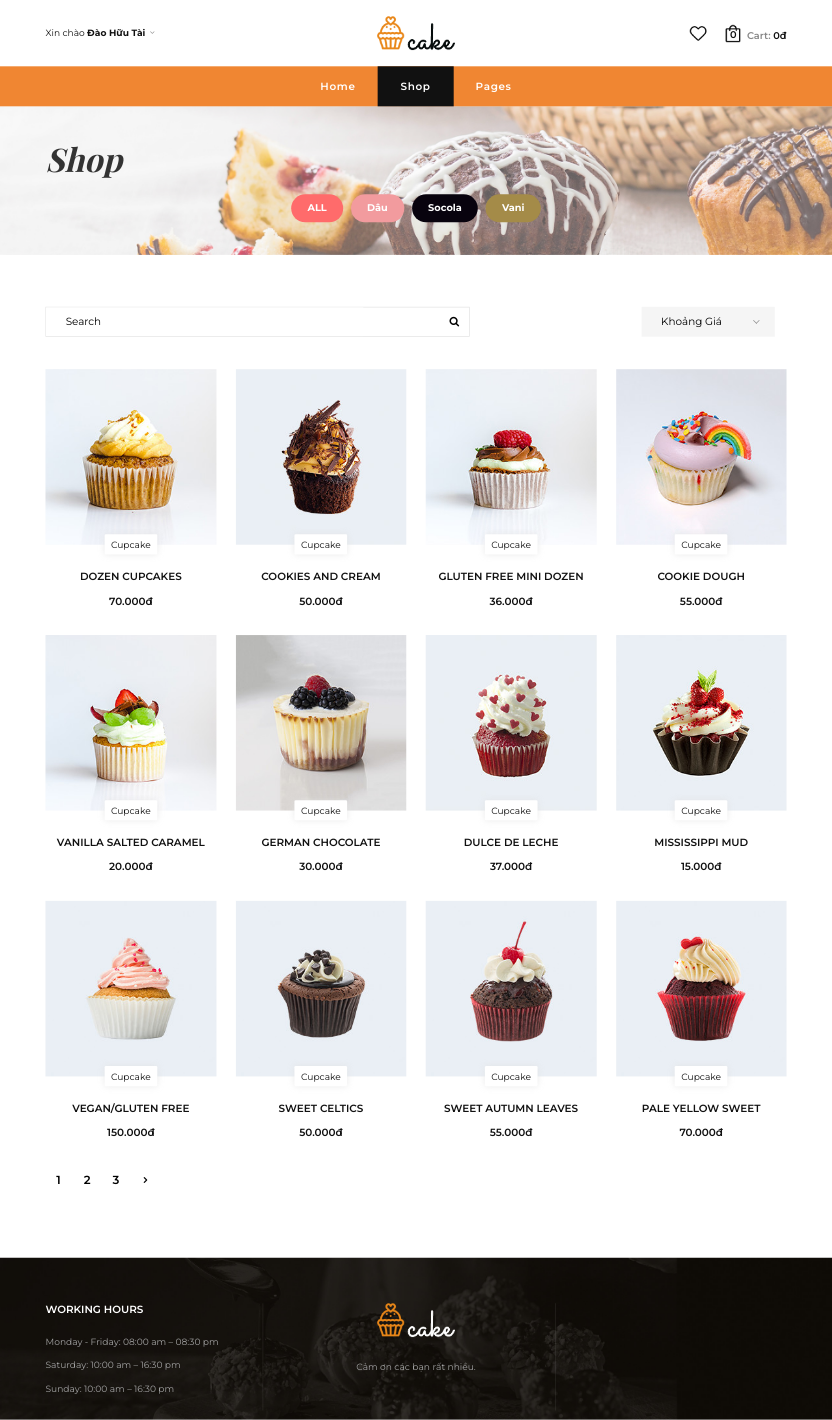
Repository: nhanto2n-byte/Nhom10ChieuThu3
Page: ProjectWeb/cake-main/shop.html
The author's editor kept a copy of each file at every save. The page is drawn from the files as they stood at one save, then again after the next save.
The browser window is 1280 px wide. The pictures show the whole page, at 65% of full size.

Above is the page before, as saved 2025-11-10 21:23:19.

After the next save:
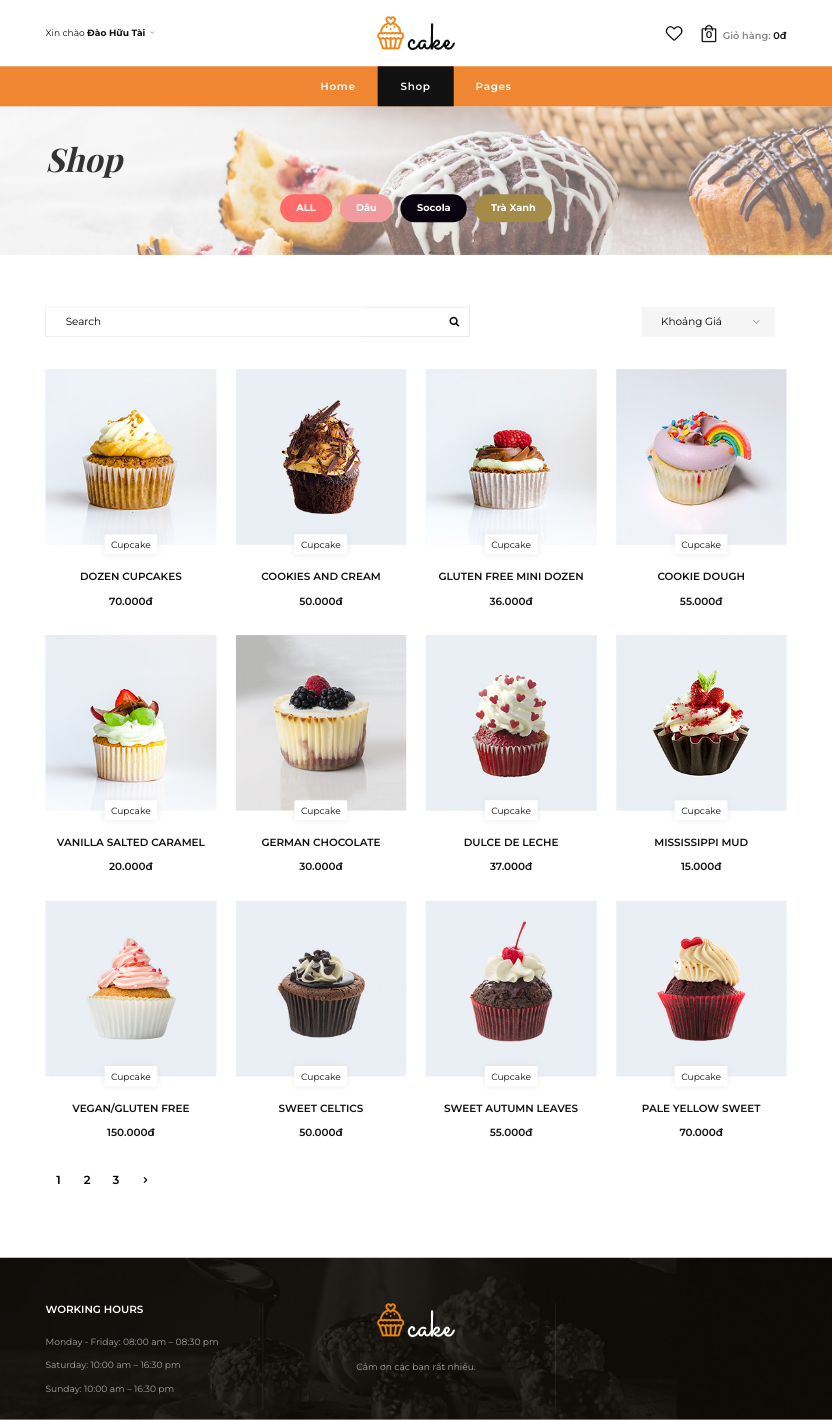
Saved 62 s later.
--- a/ProjectWeb/cake-main/shop.html
+++ b/ProjectWeb/cake-main/shop.html
@@ -149,7 +149,7 @@
                                 </div>
                                 <div class="header__top__right__cart">
                                     <a href="./shoping-cart.html"><img src="img/icon/cart.png" alt=""> <span>0</span></a>
-                                    <div class="cart__price">Cart: <span>0đ</span></div>
+                                    <div class="cart__price">Giỏ hàng: <span>0đ</span></div>
                                 </div>
                             </div>
                         </div>
@@ -274,7 +274,7 @@
                 font-weight: bold;
                 font-size: 15px;
                 transition: 0.3s;
-            " onclick="window.location.href='shop-vani.html'">Vani</button>
+            " onclick="window.location.href='shop-vani.html'">Trà Xanh</button>
         </div>
     </div>
 </div>
